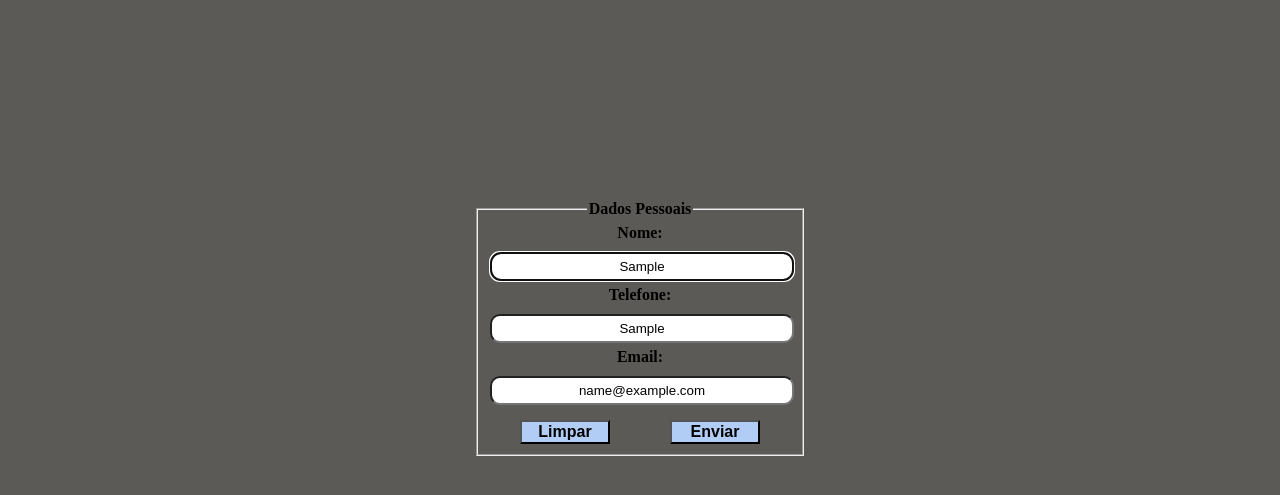
Repository: vitorrausis/Projeto_Final_TrilhaWeb
Page: ProjetoWebJava-main/exemploServlet/src/main/webapp/contato.html
An editor plug-in stored every save of this project. The page is shown before and after the next save, followed by the edit.
The browser window is 1280 px wide. The pictures show the whole page.
Empty fields were first filled with sample values (such as "Sample", 5 or name@example.com).
After loading, the first visible `form` was submitted once.

Above is the page before, as saved 2024-03-21 23:46:45.

After the next save:
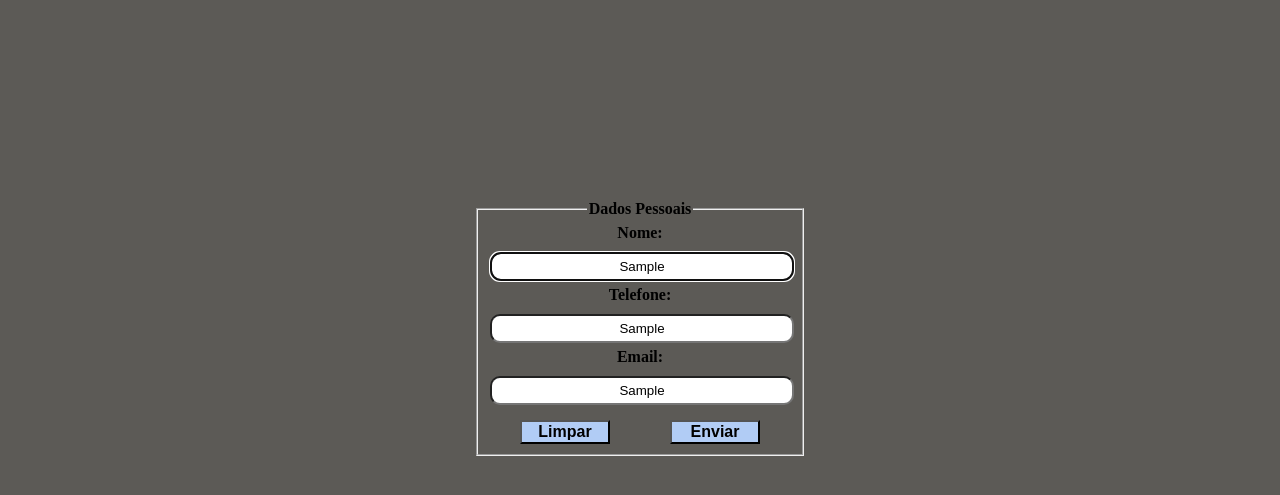
Saved 110 s later.
--- a/ProjetoWebJava-main/exemploServlet/src/main/webapp/contato.html
+++ b/ProjetoWebJava-main/exemploServlet/src/main/webapp/contato.html
@@ -14,7 +14,7 @@
                 <label  for="fone">Telefone: </label>
                 <input placeholder="(XX)XXXXX-XXXX" type="text" name="txtfone" id="fone">
                 <label for="email">Email: </label>
-                <input  placeholder="exemplo@gmail.com" type="email" name="txtemail" id="email">
+                <input  placeholder="exemplo@gmail.com" type="text" name="txtendereco" id="endereco">
             	<button type="reset" onclick="verificaMotivo(null)">Limpar</button><button type="submit">Enviar</button>
             </fieldset>
 
@@ -41,28 +41,10 @@
                 return false;
             }
 
-            if(document.frmfaleconosco.txtemail.value==""){
+            if(document.frmfaleconosco.txtendereco.value==""){
                 alert("Preencha o campo de Email.")
                 document.frmfaleconosco.txtemail.focus();
                 return false;
-            }
-
-            if(document.frmfaleconosco.selmotivo.value==""){
-                alert("Selecione uma opção no campo de Motivo.")
-                document.frmfaleconosco.selmotivo.focus();
-                return false;
-            }
-
-            if(document.frmfaleconosco.selproduto.value==""){
-                alert("Selecione um produto.");
-                document.frmfaleconosco.selproduto.focus();
-                return false;
-            }
-
-            if(document.frmfaleconosco.txacomentario.value==""){
-                alert("Digite um comentario.");
-                document.frmfaleconosco.txacomentario.focus();
-                return false
             }
 
             return true;
